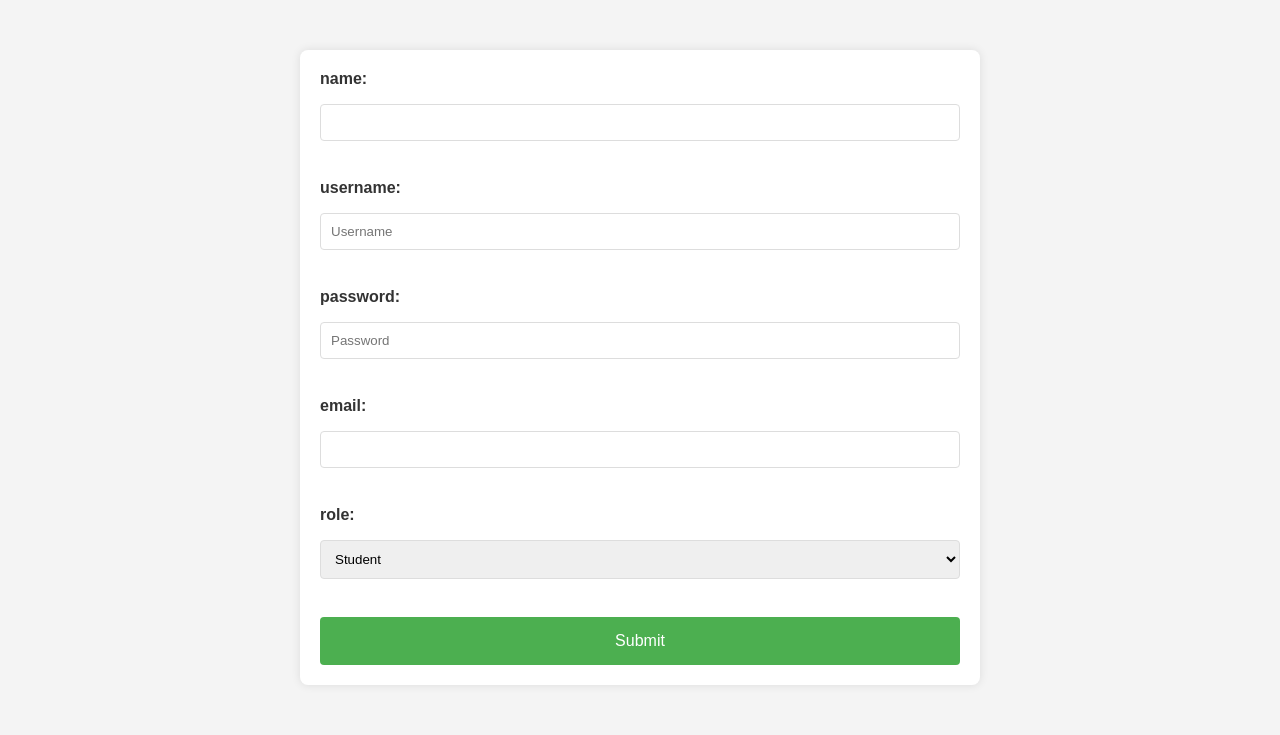
Repository: kkale14/My_allpr
Page: Kalyani1/src/main/webapp/Reg.html
An editor plug-in stored every save of this project. The page is shown before and after the next save, followed by the edit.
The browser window is 1280 px wide. The pictures show the whole page.

Above is the page before, as saved 2025-03-05 09:27:33.

### Kalyani1/src/main/webapp/Reg.html
<!DOCTYPE html>
<html>
<head>
<meta charset="UTF-8">
<title>Registration Page</title>
</head>
<body>

<style>



/* General body styling */
body {
    font-family: Arial, sans-serif;
    background-color: #f4f4f4;
    margin: 0;
    padding: 0;
}

/* Container for the form to center it and give it some padding */
form {
    width: 50%;
    margin: 50px auto;
    padding: 20px;
    background-color: #fff;
    border-radius: 8px;
    box-shadow: 0 0 10px rgba(0, 0, 0, 0.1);
}

/* Style for the labels */
label {
    display: block;
    margin-bottom: 8px;
    font-weight: bold;
    color: #333;
}

/* Style for the inputs */
input[type="text"],
input[type="password"],
input[type="email"],
select {
    width: 100%;
    padding: 10px;
    margin: 8px 0 20px;
    border: 1px solid #ddd;
    border-radius: 4px;
    box-sizing: border-box;
}

/* Submit button styling */
input[type="submit"] {
    background-color: #4CAF50;
    color: white;
    border: none;
    padding: 15px 20px;
    border-radius: 4px;
    cursor: pointer;
    font-size: 16px;
    width: 100%;
}

input[type="submit"]:hover {
    background-color: #45a049;
}

/* Link styling (for example, error.html) */
a {
    color: #4CAF50;
    text-decoration: none;
    font-size: 14px;
}

a:hover {
    text-decoration: underline;
}

/* Adding some responsiveness for mobile view */
@media screen and (max-width: 600px) {
    form {
        width: 90%;
    }

    input[type="submit"] {
        width: 100%;
    }
}

</style>
<form action="Srvlt" method="service">
            <!-- Personal Information Section -->


            <input type="hidden"  name="activity" value="register">
            <label >name:</label>
            <input type="text"  name="name" required>&nbsp;


            <label for="username">username:</label>
             <input type="text" name="username"  placeholder="Username" required>&nbsp;


             <label for="password">password:</label>
            <input type="password"  name="password"  placeholder="Password" required>&nbsp;


            <label for="email">email:</label>
            <input type="email"  name="email" required>&nbsp;

             <label for="role">role:</label>
             <select  name="role" >
                    <option value="STUDENT">Student</option>
                    <option value="ADMIN">Admin</option>
                </select>&nbsp;

            <!-- Submit Button -->
            <input type="submit" value="Submit"/>
             <a    href="error.html" ></a>


        </form>


</body>
</html>

After the next save:
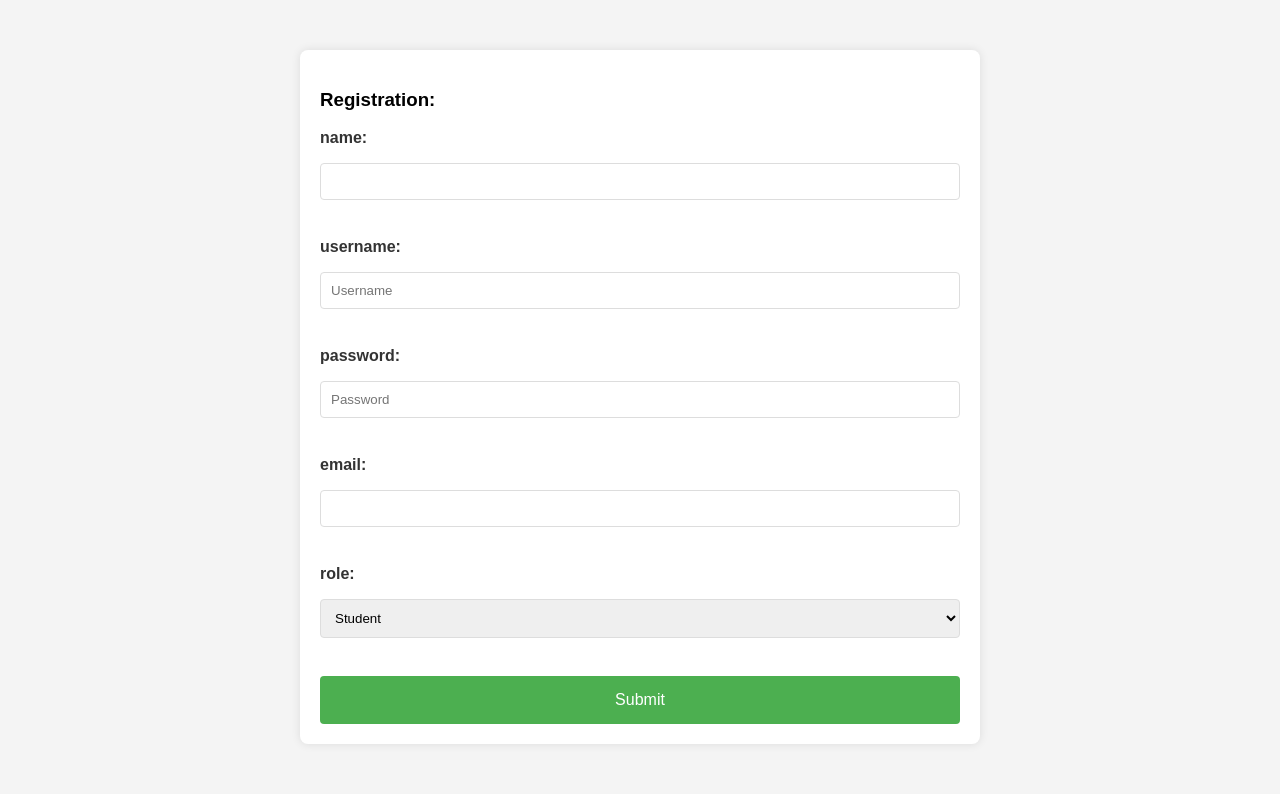
Saved 30 min 26 s later.
--- a/Kalyani1/src/main/webapp/Reg.html
+++ b/Kalyani1/src/main/webapp/Reg.html
@@ -91,7 +91,7 @@
 <form action="Srvlt" method="service">
             <!-- Personal Information Section -->
 
-
+           <h3>Registration:</h3>
             <input type="hidden"  name="activity" value="register">
             <label >name:</label>
             <input type="text"  name="name" required>&nbsp;
